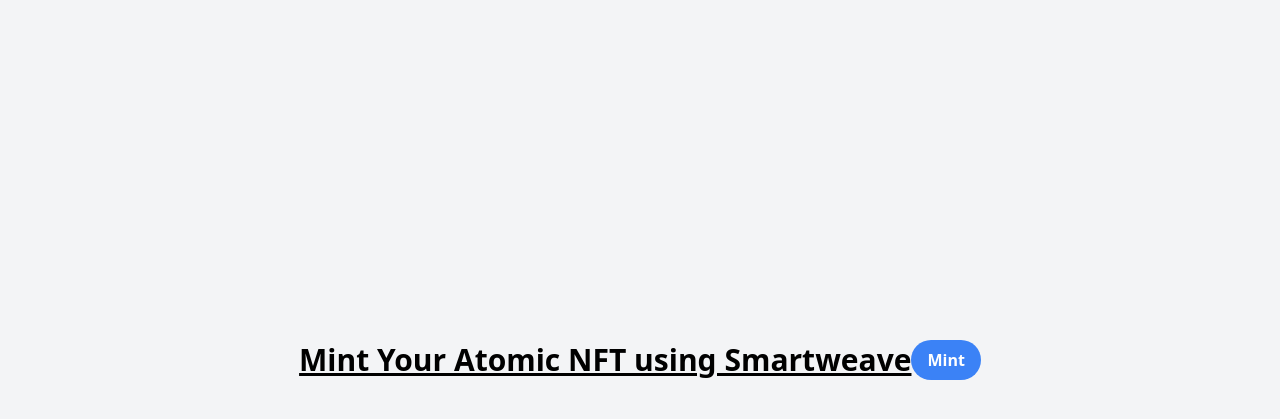
Repository: pawelpiwowarski/arweave-nft
Page: /
An editor plug-in stored every save of this project. The page is shown before and after the next save, followed by the edit.
The browser window is 1280 px wide. The pictures show the whole page.
The project was rebuilt for these pictures with package versions that can differ from the ones it lists, and the page was loaded fresh each time. The framework's server and built-in components were replaced by stand-ins that run in the browser.

Above is the page before, as saved 2023-01-17 15:03:12.

After the next save:
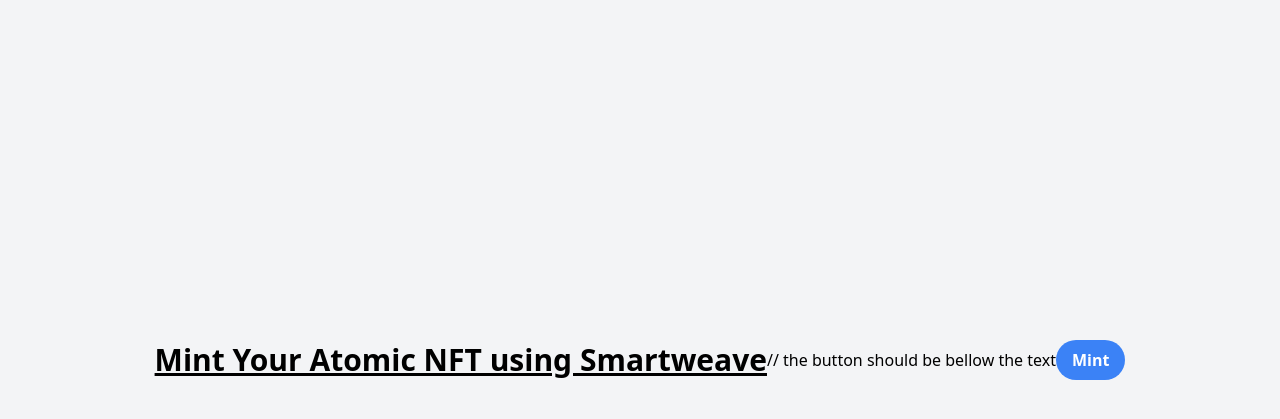
Saved 18 s later.
--- a/pages/index.tsx
+++ b/pages/index.tsx
@@ -33,7 +33,11 @@
 
 
       <h1 className="text-3xl font-bold underline" >Mint Your Atomic NFT using Smartweave </h1>
-      <div>
+
+
+      // the button should be bellow the text
+      <div className="flex flex-col justify-center items-center">
+
             <button className="bg-blue-500 hover:bg-blue-700 text-white font-bold py-2 px-4 rounded-full" onClick={handleLogin}>Mint</button>
 
       { address && <h1 className="text-3xl font-bold underline" >Address: {address}</h1>}

After the save that followed:
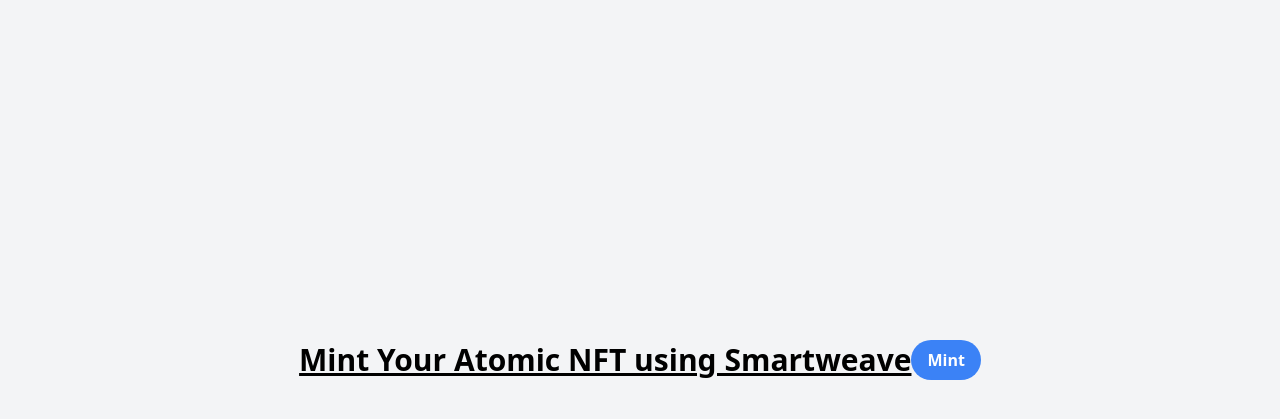
Saved 8 s later.
--- a/pages/index.tsx
+++ b/pages/index.tsx
@@ -35,7 +35,6 @@
       <h1 className="text-3xl font-bold underline" >Mint Your Atomic NFT using Smartweave </h1>
 
 
-      // the button should be bellow the text
       <div className="flex flex-col justify-center items-center">
 
             <button className="bg-blue-500 hover:bg-blue-700 text-white font-bold py-2 px-4 rounded-full" onClick={handleLogin}>Mint</button>
